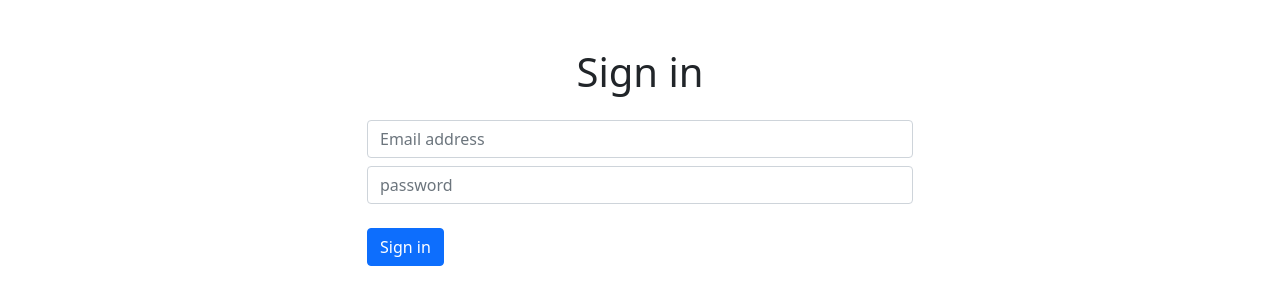
Repository: paresh-art/MyWebsite
Page: http://localhost/com.website/signIn.jsp
The author's editor kept a copy of each file at every save. The page is drawn from the files as they stood at one save, then again after the next save.
The browser window is 1280 px wide. The pictures show the whole page.
The page is served by Tomcat 9.

Above is the page before, as saved 2022-11-08 08:42:27.

After the next save:
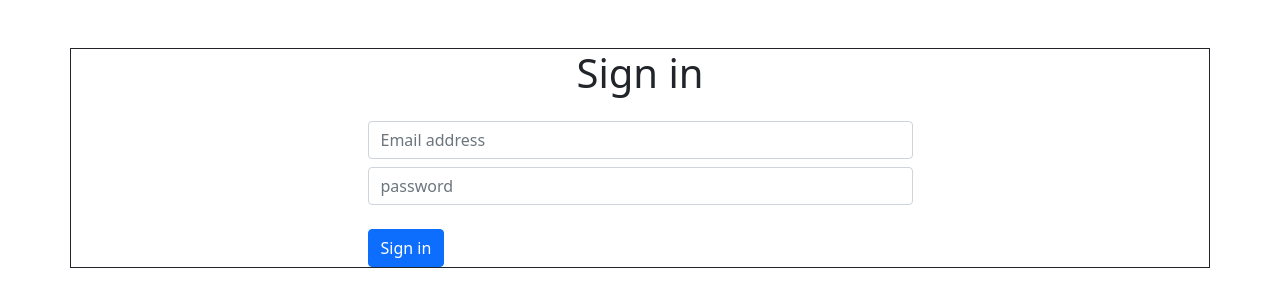
Saved 100 s later.
--- a/com.website/src/main/webapp/signIn.jsp
+++ b/com.website/src/main/webapp/signIn.jsp
@@ -17,7 +17,7 @@
 <title>Sign in Page</title>
 </head>
 <body>
-	<div class="container mt-5">
+	<div class="container mt-5 border border-dark">
 		<h1 class="mx-auto text-center">Sign in</h1>
 		<form action="home.jsp" class="mt-4" method="post">
 			<div class="row">
